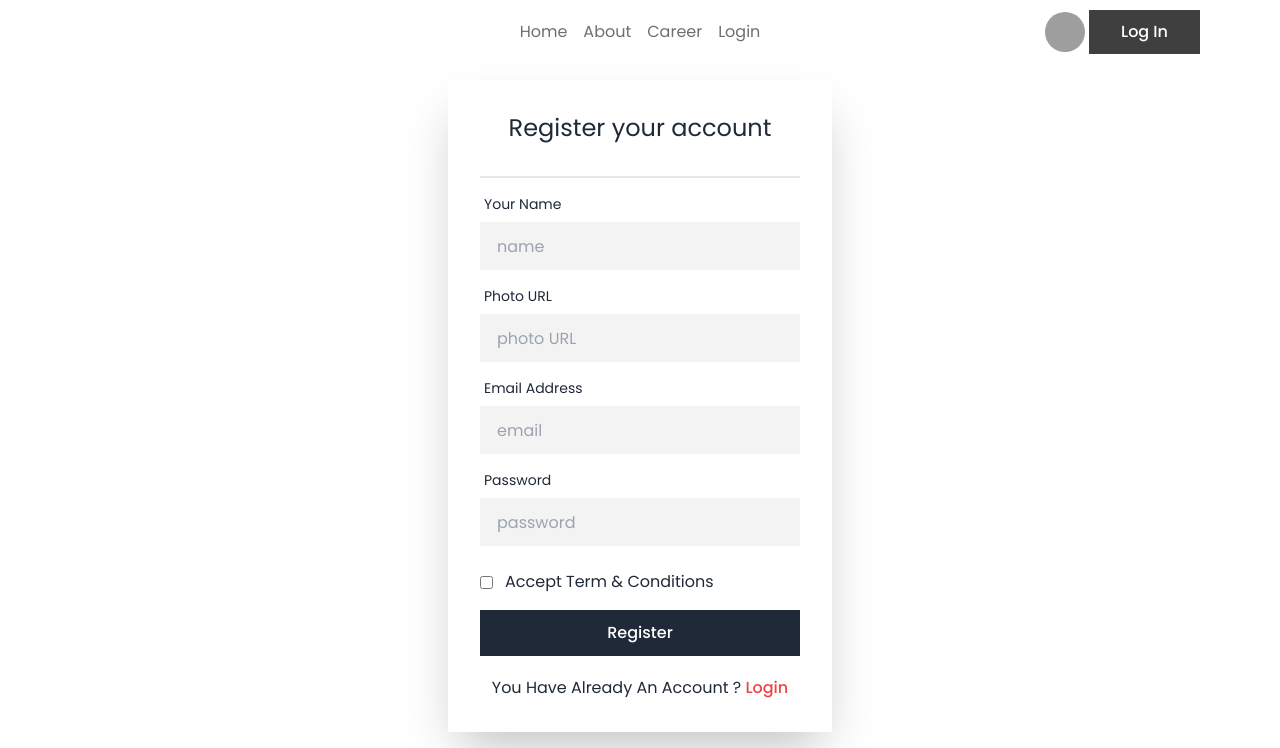
Repository: ShouravAhammed/react-dragon-news-auth
Page: /register
The author's editor kept a copy of each file at every save. The page is drawn from the files as they stood at one save, then again after the next save.
The browser window is 1280 px wide. The pictures show the whole page.
Pictures or frames that could not be fetched are drawn as grey boxes. The project was rebuilt for these pictures with package versions that can differ from the ones it lists, and the page was loaded fresh each time. Also part of the build but not shown: vite.config.js, src/pages/BreakingNews/BreakingNews.jsx, src/pages/Register/News.jsx, src/pages/Shared/Header/Header.jsx, src/pages/Shared/LeftSideNav/LeftSideNav.jsx, src/Components/btnLogin/BtnLogin.jsx, src/pages/Shared/RIghtSideNav/RightSideNav.jsx, src/pages/Home/Home.jsx and 3 more.

Above is the page before, as saved 2024-04-14 16:59:01.

After the next save:
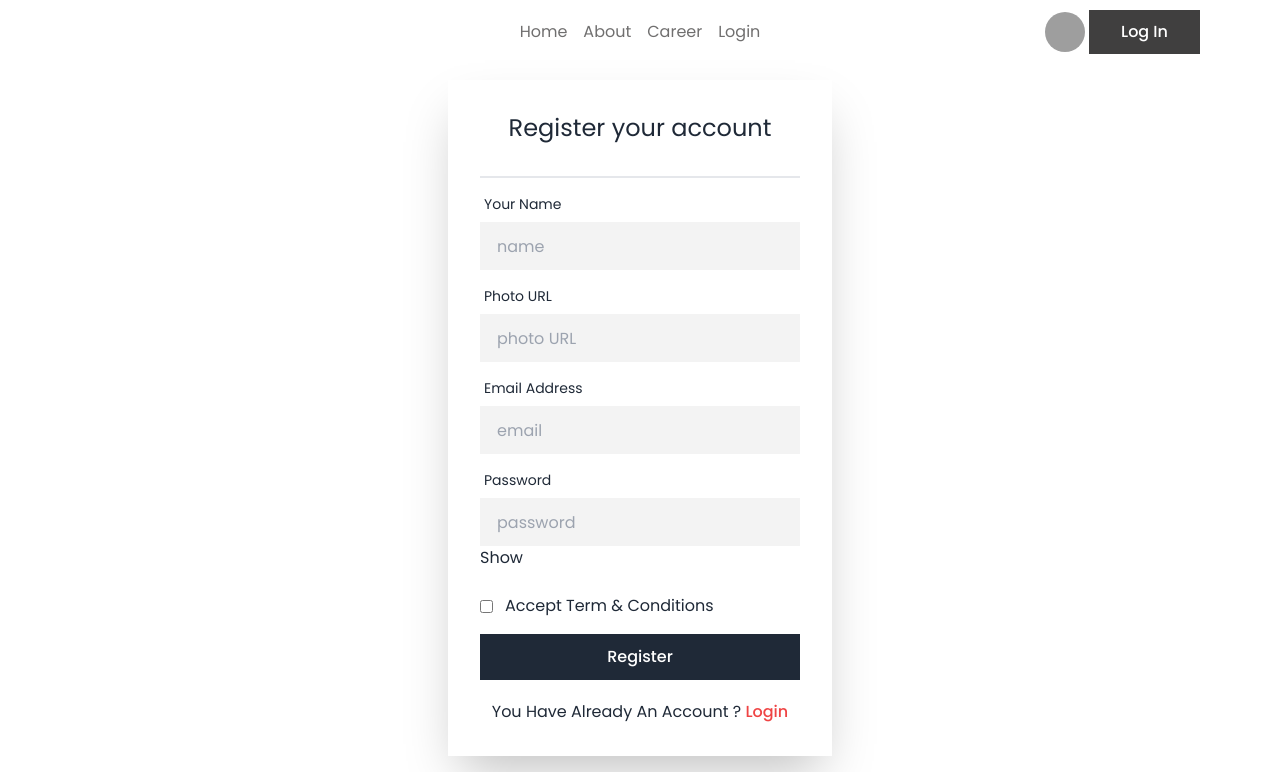
Saved 15 s later.
--- a/src/pages/Register/Register.jsx
+++ b/src/pages/Register/Register.jsx
@@ -54,7 +54,7 @@ const Register = () => {
             <span className="label-text">Password</span>
           </label>
           <input type={showPassword ? 'password' : 'text'} id="password" name="password" placeholder="password" className="input bg-[#F3F3F3] rounded-none" required />
-          <span onClick={() => setShowPassword(!true)}></span>
+          <span onClick={() => setShowPassword(!true)}>Show</span>
         </div>
         <div className="mt-2 flex items-center gap-2">
             <input className="text-2xl" type="checkbox" name="checked" id="checked" />
